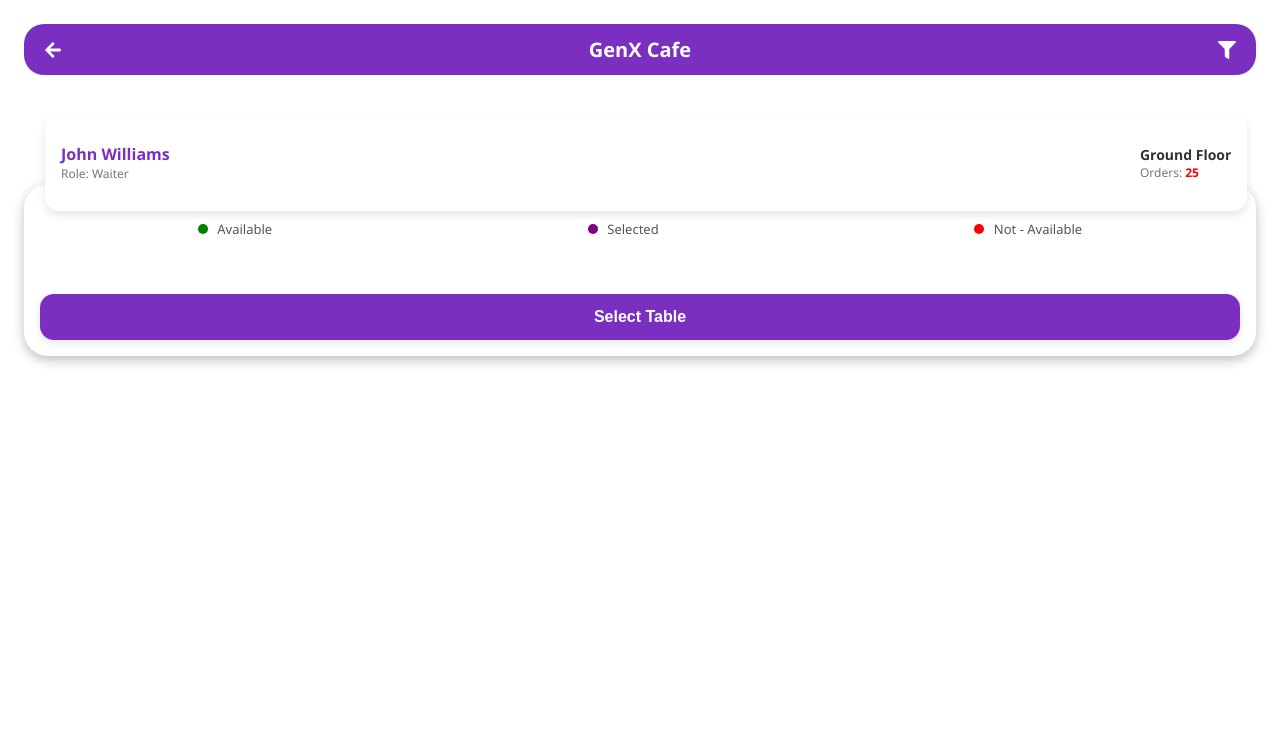
Repository: rajeshwaranslv/sturdy-spork-genx-frontend
Page: /
The author's editor kept a copy of each file at every save. The page is drawn from the files as they stood at one save, then again after the next save.
The browser window is 1280 px wide. The pictures show the whole page.
The page's requests for data from a server got no answer. The project was rebuilt for these pictures with package versions that can differ from the ones it lists, and the page was loaded fresh each time. No one was signed in, and anything a server would have sent is missing. Also part of the build but not shown: src/components/MenuSelection.js, src/components/OrderReview.js, src/components/Billing.js, src/components/Success.js.

Above is the page before, as saved 2025-07-15 10:13:06.

### src/App.js
import React from 'react';
import { BrowserRouter as Router, Route, Switch } from 'react-router-dom';
import TableSelection from './components/TableSelection';
import MenuSelection from './components/MenuSelection';
import OrderReview from './components/OrderReview';
import Billing from './components/Billing';
import Success from './components/Success';

export default function App() {
  return (
    <Router>
      <Switch>
        <Route exact path="/" component={TableSelection} />
        <Route path="/menu/:tableId" component={MenuSelection} />
   <Route path="/orders/:orderId" component={OrderReview} />

        <Route path="/billing/:orderId" component={Billing} />
        <Route path="/success" component={Success} />
      </Switch>
    </Router>
  );
}

### src/components/TableSelection.js
import React, { useEffect, useState } from 'react';
import { getTables } from '../services/api';
import { withRouter } from 'react-router-dom';
import { FaArrowLeft, FaFilter } from 'react-icons/fa';
import './style.css';

function TableSelection({ history }) {
  const [tables, setTables] = useState([]);
  const [selectedTableId, setSelectedTableId] = useState(null);

  const waiter = {
    name: 'John Williams',
    role: 'Waiter',
    floor: 'Ground Floor',
    orders: 25,
  };

  useEffect(() => {
    getTables()
      .then((res) => setTables(res.data))
      .catch((err) => console.error('Failed to fetch tables', err));
  }, []);

  const handleTableClick = (id, status) => {
    if (status === 'available') {
      setSelectedTableId(id === selectedTableId ? null : id); // Toggle
    }
  };

  const handleSelectTable = () => {
    if (selectedTableId) {
      history.push(`/menu/${selectedTableId}`);
    }
  };

  return (
    <div className="container">
      <div className="header-bar">
        <FaArrowLeft className="icon" onClick={() => history.goBack()} />
        <h2>GenX Cafe</h2>
        <FaFilter className="icon" />
      </div>

      <div className="waiter-card">
        <div className="waiter-left">
          <strong className="waiter-name">{waiter.name}</strong>
          <div className="waiter-role">Role: {waiter.role}</div>
        </div>
        <div className="waiter-right">
          <div className="floor-label">{waiter.floor}</div>
          <div className="orders-count">
            Orders: <span className="order-red">{waiter.orders}</span>
          </div>
        </div>
      </div>

      <div className="table-section">
        <div className="legend-row">
          <div><span className="legend-dot green" /> Available</div>
          <div><span className="legend-dot purple" /> Selected</div>
          <div><span className="legend-dot red" /> Not - Available</div>
        </div>

        <div className="table-grid">
          {tables.map((table) => {
            const isSelected = selectedTableId === table.id;
            const statusClass =
              table.status === 'available'
                ? isSelected
                  ? 'selected'
                  : 'available'
                : 'occupied';

            return (
              <button
                key={table.id}
                className={`table-btn ${statusClass}`}
                onClick={() => handleTableClick(table.id, table.status)}
                disabled={table.status === 'occupied'}
              >
                Table {table.id.toString().padStart(2, '0')}
              </button>
            );
          })}
        </div>
              <button
        className="select-btn"
        onClick={handleSelectTable}
        disabled={!selectedTableId}
      >
        Select Table
      </button>
      </div>


    </div>
  );
}

export default withRouter(TableSelection);

### src/services/api.js
import axios from 'axios';

const API = axios.create({
  baseURL: 'http://localhost:3001/',
});

export const getTables = () => API.get('/tables');
export const getTableDetails = (id) => API.get(`/tables/${id}`);
export const getFoodItems = () => API.get('/foodItems');

export const placeOrder = (data) => API.post('/orders', data);
export const updateOrderItemStatus = (id, payload) => API.patch(`/orders/${id}`, payload);
export const getOrder = (id) => API.get(`/orders/${id}`);
export const generateBill = (data) => API.post('/bills', data);

// ✅ NEW: Update table status
export const updateTableStatus = (id, payload) => API.patch(`/tables/${id}`, payload);

### src/components/style.css
.container {
  background: #fff;
  min-height: 100vh;
  padding: 16px;
  box-sizing: border-box;
  font-family: 'Segoe UI', sans-serif;
}

/* Header Bar */
.header-bar {
  display: flex;
  justify-content: space-between;
  align-items: center;
  background: #7a2fc0;
  padding: 12px 20px;
  border-radius: 20px;
  color: white;
  margin-bottom: 12px;
}

.header-bar h2 {
  margin: 0;
  font-size: 20px;
}

.icon {
  color: white;
  font-size: 18px;
  cursor: pointer;
}

/* Waiter Info Card */
.waiter-card {
    background: white;
    box-shadow: 0 4px 8px rgba(0,0,0,0.1);
    border-radius: 14px;
    padding: 11px 20px;
    margin-top: -32px;
    display: flex;
    justify-content: space-between;
    align-items: center;
    width: 95%;
    position: relative;
    top: 27px;
    height: 73px;
    left: 21px;
}

.waiter-name {
  color: #7a2fc0;
  font-size: 16px;
  font-weight: 600;
}

.waiter-role {
  font-size: 12px;
  color: #777;
}

.floor-label {
  font-size: 13px;
  font-weight: 600;
  color: #333;
}

.orders-count {
  font-size: 12px;
  color: #777;
}

.order-red {
  color: red;
  font-weight: bold;
}

/* Legend */
.legend-row {
  display: flex;
  justify-content: space-around;
  margin: 20px 0 12px;
  font-size: 13px;
  color: #555;
}

.legend-dot {
  width: 10px;
  height: 10px;
  border-radius: 50%;
  display: inline-block;
  margin-right: 6px;
}

.legend-dot.green {
  background-color: green;
}

.legend-dot.purple {
  background-color: purple;
}

.legend-dot.red {
  background-color: red;
}

/* Table Section Wrapper (NEW) */
.table-section {
  background: #fff;
  padding: 16px;
  border-radius: 24px;
  box-shadow: 0 4px 12px rgba(0, 0, 0, 0.258);
}

/* Grid for Table Buttons */
.table-grid {
  display: grid;
  grid-template-columns: repeat(2, 1fr);
  gap: 14px;
  padding: 10px 0;
}

/* Table Buttons */
.table-btn {
  padding: 16px 0;
  border-radius: 14px;
  font-size: 16px;
  font-weight: bold;
  cursor: pointer;
  border: 2px solid transparent;
  transition: all 0.2s ease-in-out;
  width: 100%;
}

.table-btn.available {
  color: green;
  border-color: green;
  background-color: white;
}

.table-btn.available:hover {
  background-color: #f0fff0;
}

.table-btn.selected {
  background-color: #7a2fc0;
  color: white;
  border-color: #7a2fc0;
}

.table-btn.occupied {
  background-color: red;
  color: white;
  cursor: not-allowed;
}

/* Select Table Button */
.select-btn {
  width: 100%;
  padding: 14px;
  margin-top: 24px;
  border-radius: 14px;
  border: none;
  background-color: #7a2fc0;
  color: white;
  font-size: 16px;
  font-weight: bold;
  cursor: pointer;
  box-shadow: 0 3px 8px rgba(0,0,0,0.1);
}

.select-btn:hover {
  background-color: #6926b2;
}
.table-btn.selected {
  background-color: #7a2fc0;
  color: white;
  border: 2px solid #7a2fc0;
}

/* menu */
.menu-grid {
  display: grid;
  grid-template-columns: repeat(2, 1fr);
  gap: 14px;
  margin-top: 16px;
}

.menu-card {
  background: #fff;
  padding: 12px;
  border-radius: 14px;
  box-shadow: 0 4px 10px rgba(0,0,0,0.1);
  text-align: center;
  transition: all 0.3s ease;
  border: 2px solid transparent;
}

.menu-card.selected {
  border: 2px solid #7a2fc0;
  background-color: #f3e8ff;
}

.menu-card img {
  width: 80px;
  height: 80px;
  border-radius: 10px;
  object-fit: cover;
}

.menu-card h4 {
  margin: 8px 0 4px;
  font-size: 16px;
  color: #333;
}

.menu-card .desc {
  font-size: 12px;
  color: #777;
  height: 32px;
  overflow: hidden;
}

.menu-card button {
  background-color: #7a2fc0;
  color: white;
  border: none;
  border-radius: 8px;
  padding: 6px 12px;
  margin-top: 8px;
  font-size: 13px;
  cursor: pointer;
}

.menu-card button:hover {
  background-color: #6920a4;
}

.footer-btn {
  width: 100%;
  margin-top: 20px;
  padding: 12px;
  background-color: #7a2fc0;
  color: white;
  border: none;
  border-radius: 12px;
  font-size: 16px;
  font-weight: bold;
  cursor: pointer;
}

.footer-btn:disabled {
  background-color: #ccc;
  cursor: not-allowed;
}

/* Reuse waiter card styles from TableSelection */

.waiter-card {
  background: white;
  box-shadow: 0 4px 8px rgba(0,0,0,0.1);
  border-radius: 14px;
  padding: 12px 16px;
  margin-top: 12px;
  display: flex;
  justify-content: space-between;
  align-items: center;
}

.waiter-name {
  color: #7a2fc0;
  font-size: 16px;
}

.waiter-role {
  font-size: 12px;
  color: #777;
}

.floor-label {
  font-size: 14px;
  font-weight: bold;
}

.orders-count {
  font-size: 12px;
  color: #777;
}

.order-red {
  color: red;
  font-weight: bold;
}

.header-bar {
  display: flex;
  justify-content: space-between;
  align-items: center;
  background: #7a2fc0;
  padding: 12px 20px;
  border-radius: 20px;
  color: white;
}

.header-bar h2 {
  margin: 0;
  font-size: 20px;
}

.icon {
  color: white;
  font-size: 18px;
  cursor: pointer;
}
/* order */
.order-list {
  margin-top: 20px;
  display: flex;
  flex-direction: column;
  gap: 14px;
}

.item-row {
  display: flex;
  justify-content: space-between;
  align-items: center;
  background: white;
  padding: 42px 52px;
  border-radius: 14px;
  /* box-shadow: 0 4px 10px rgba(0,0,0,0.08); */
  transition: 0.3s ease;
}

.item-info strong {
  font-size: 15px;
  color: #333;
}

.item-info p {
  font-size: 13px;
  margin-top: 4px;
  color: #777;
}

.item-status {
  display: flex;
  flex-direction: column;
  align-items: center;
  gap: 4px;
}

.custom-switch .ant-switch-checked {
  background-color: #7a2fc0 !important;
}

.status-label {
  font-size: 12px;
  font-weight: bold;
  text-transform: capitalize;
}

.status-label.served {
  color: green;
}

.status-label.ordered {
  color: orange;
}

/* Reuse existing purple button style */
.footer-btn {
  width: 100%;
  margin-top: 24px;
  padding: 14px;
  border-radius: 12px;
  border: none;
  background-color: #7a2fc0;
  color: white;
  font-size: 16px;
  font-weight: bold;
  cursor: pointer;
}

.footer-btn:disabled {
  background-color: #ccc;
  cursor: not-allowed;
}
/* success */
.success-page {
  text-align: center;
  margin-top: 50px;
}

.checkmark-circle {
  width: 200px;
  height: 200px;
  margin: 0 auto 20px;
  border-radius: 50%;
  background-color: #7a2fc0;
  position: relative;
  animation: popCircle 0.5s ease-out;
}

.checkmark {
  position: absolute;
  top: 30%;
  left: 40%;
  width: 30px;
  height: 60px;
  border-right: 5px solid white;
  border-bottom: 5px solid white;
  transform: rotate(45deg) scale(0);
  animation: drawCheck 0.4s 0.3s ease forwards;
}

@keyframes popCircle {
  0% {
    transform: scale(0.7);
    opacity: 0;
  }
  100% {
    transform: scale(1);
    opacity: 1;
  }
}

@keyframes drawCheck {
  to {
    transform: rotate(45deg) scale(1);
  }
}
/* Responsive Tweaks */
@media (max-width: 768px) {
  .container {
    padding: 12px;
  }

  .header-bar {
    flex-direction: row;
    padding: 10px 16px;
    border-radius: 16px;
  }

  .header-bar h2 {
    font-size: 18px;
  }

  .waiter-card {
  background: white;
    box-shadow: 0 4px 8px rgba(0,0,0,0.1);
    border-radius: 14px;
    padding: 11px 20px;
    margin-top: -32px;
    display: flex;
    justify-content: space-between;
    align-items: center;
    width: 480px;
    position: relative;
    top: 27px;
    height: 73px;
    left: 21px;
    flex-direction: column;
    align-items: flex-start;
    gap: 6px;
  }

  .legend-row {
    flex-direction: column;
    align-items: center;
    gap: 8px;
    font-size: 12px;
  }

  .table-grid {
    grid-template-columns: 1fr;
    gap: 12px;
  }

  .menu-grid {
    grid-template-columns: 1fr;
  }

  .menu-card img {
    width: 70px;
    height: 70px;
  }

  .menu-card h4 {
    font-size: 14px;
  }

  .menu-card .desc {
    font-size: 11px;
    height: auto;
  }

  .footer-btn {
    font-size: 14px;
    padding: 12px;
  }

  .item-row {
    flex-direction: column;
    align-items: flex-start;
    gap: 10px;
  }

  .item-status {
    flex-direction: row;
    justify-content: space-between;
    width: 100%;
  }

  .checkmark-circle {
    width: 120px;
    height: 120px;
  }

  .checkmark {
    top: 30%;
    left: 35%;
    width: 20px;
    height: 40px;
    border-right: 4px solid white;
    border-bottom: 4px solid white;
  }

  .success-page h2 {
    font-size: 18px;
  }
}

@media (min-width: 769px) and (max-width: 1024px) {
  .table-grid {
    grid-template-columns: repeat(3, 1fr);
  }

  .menu-grid {
    grid-template-columns: repeat(2, 1fr);
  }
}

/* billing */
.qty-btn {
  background-color: #7a2fc0;
  color: white;
  border: none;
  border-radius: 6px;
  padding: 4px 10px;
  font-size: 16px;
  font-weight: bold;
  cursor: pointer;
  transition: background-color 0.2s ease;
}

.qty-btn:hover {
  background-color: #6926b2;
}

Loaded but not shown: public/index.html (common file); src/index.js (common file)

After the next save:
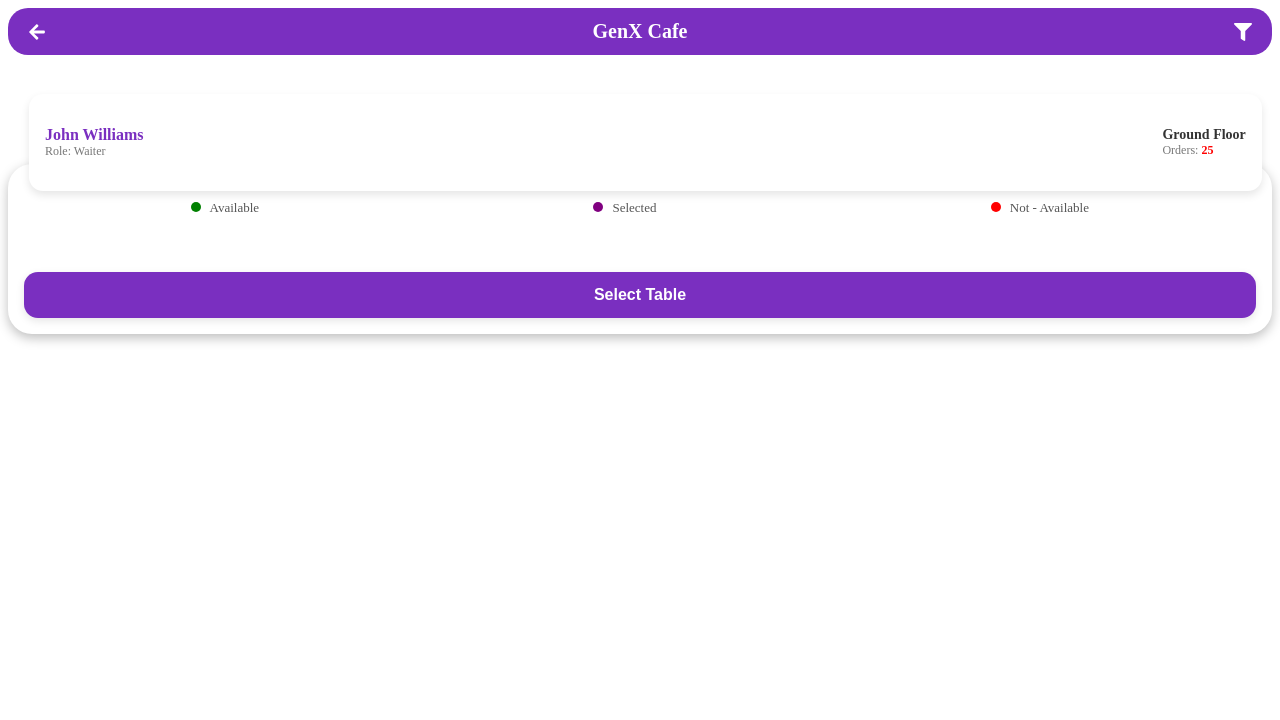
Saved 5 s later.
--- a/src/components/TableSelection.js
+++ b/src/components/TableSelection.js
@@ -34,7 +34,7 @@ function TableSelection({ history }) {
   };
 
   return (
-    <div className="container">
+    <div className="container-fluid">
       <div className="header-bar">
         <FaArrowLeft className="icon" onClick={() => history.goBack()} />
         <h2>GenX Cafe</h2>

After the 3 saves that followed:
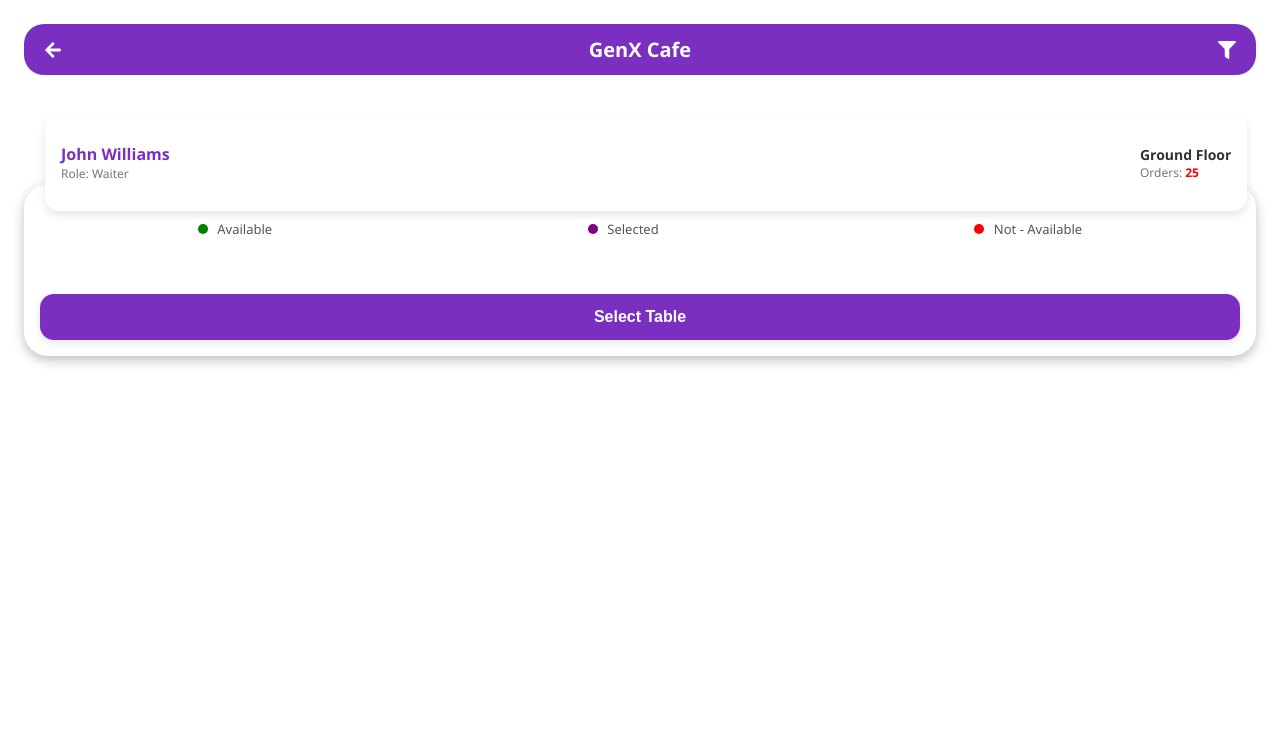
The 3 saves are shown as one change because 1 left the picture as it was and some came seconds apart.
The last was saved 31 s later.
--- a/src/components/style.css
+++ b/src/components/style.css
@@ -1,4 +1,4 @@
-.container {
+.container-fluid {
   background: #fff;
   min-height: 100vh;
   padding: 16px;
